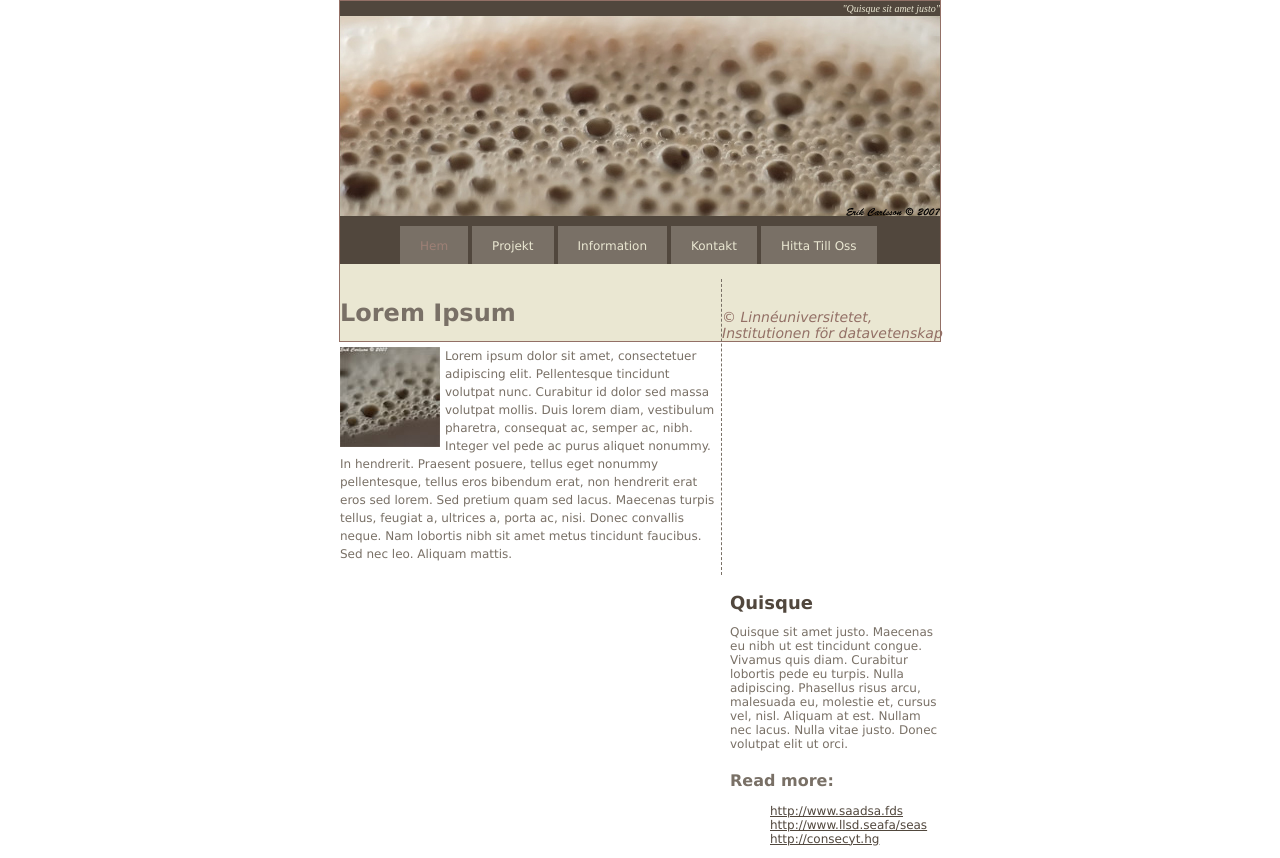
Repository: mh223ja/1ik415-js223mi-Uppgift-3-3
Page: index.html
The author's editor kept a record of every edit. The page is drawn from the files as they stood at one moment, then again after the next edit.
The browser window is 1280 px wide. The pictures show the whole page.

Above is the page before.

### index.html
<!doctype html>
<html lang="sv">

<head>
	<meta charset="utf-8" />
	<title>Lorem Ipsum</title>

	<link rel="stylesheet" href="css/basic.css" />
</head>

<body>

	<div id="container">
		<div id="topbar">
			"Quisque sit amet justo"
		</div>

		<div id="menu">

			<a href="#maincontent">Skip navigation</a>

			<ul>
				<li class="active"><a href="#">hem</a></li>
				<li><a href="#">projekt</a></li>
				<li><a href="#">information</a></li>
				<li><a href="#">kontakt</a></li>
				<li><a href="#">hitta till oss</a></li>
			</ul>
		</div>
		<div id="content">
			<div id="maincontent">
				<h1>Lorem Ipsum</h1>

				<img src="pics/info.jpg" alt="Bubblande kaffe" />
				<p>Lorem ipsum dolor sit amet, consectetuer adipiscing elit. Pellentesque tincidunt volutpat nunc. Curabitur id dolor sed massa volutpat mollis. Duis lorem diam, vestibulum pharetra, consequat ac, semper ac, nibh. Integer vel pede ac purus aliquet nonummy. In hendrerit. Praesent posuere, tellus eget nonummy pellentesque, tellus eros bibendum erat, non hendrerit erat eros sed lorem. Sed pretium quam sed lacus. Maecenas turpis tellus, feugiat a, ultrices a, porta ac, nisi. Donec convallis neque. Nam lobortis nibh sit amet metus tincidunt faucibus. Sed nec leo. Aliquam mattis.</p>
			</div>

			<div id="subcontent">

				<h1>Quisque</h1>
				<p>Quisque sit amet justo. Maecenas eu nibh ut est tincidunt congue. Vivamus quis diam. Curabitur lobortis pede eu turpis. Nulla adipiscing. Phasellus risus arcu, malesuada eu, molestie et, cursus vel, nisl. Aliquam at est. Nullam nec lacus. Nulla vitae justo. Donec volutpat elit ut orci.</p>

				<h2>Read more:</h2>
					<ul>
						<li><a href="#">http://www.saadsa.fds</a></li>
						<li><a href="#">http://www.llsd.seafa/seas</a></li>
						<li><a href="#">http://consecyt.hg</a></li>
					</ul>

			</div>
			<div id="bottomcontent">&copy; Linnéuniversitetet, Institutionen för datavetenskap</div>
		</div>
	</div>
</body>
</html>

### css/basic.css
/* Denna fil får du editera för att lösa uppgiften. Du får INTE ändra i html-filen. */
body {
	margin: 0;
	padding: 0;
	}


#container{
	width: 600px;
	margin: auto;
	border: 1px;
	border-style: solid;
	border-color: #937066;

}
#topbar{
	background-color: #51473d;
	text-align: right;
	color: #eae7d2;
	font-size: 10px;
	padding: 2px 0;
	font-style: italic;
	width: 100%;


}
#menu{
	background-image: url('pics/coffey.jpg');
	background-repeat: no-repeat;
	background-color: #51473d;
	height: 248px;
}
#content{
	background-color: #eae7d2;
	padding-top: 15px;
	font-family: Verdana, Times New Roman;
	font-size: 12px;
	color: #797066;
}
#maincontent{
	width: 63%;
	padding-right: 0.5%;
	border-right: dashed 1px;
	float: left;
	line-height: 1.5;
}

#subcontent{
	width: 35%;
	margin-left: 65%;
           padding-top: 5px;
           margin-right:0;
           float: right;
}
#maincontent img {
	float: left;
	margin-right: 5px;
}
#subcontent ul {
	list-style: none;


}
#subcontent h1 {
	font-size: 18px;
	color: #51473d;
}
#subcontent h2 {
	font-size: 16px;
	margin-top: 20px;
}
#subcontent p {
	font-size: 12px;
}
#subcontent a {
	color: #51473d;
}
#subcontent a:visited{
	color: #51473d;
}
#menu ul {
	display: inline-block;
	margin-top: 210px;
	margin-left: 20px;
}
#menu li {
	display: inline-block;
	background-color: #797066;
	padding: 10px 20px;
}
#menu a {
	color: #eae7d2;
	text-transform:  capitalize;
	text-decoration: none;
	font-size: 12px;
	font-family: Verdana;
	display: none;
}
#menu li:hover{
	background-color: #9c9084;
}
#menu li a {
	display: inline;
}
.active{
	background-color: #eae7d2;!important;

}
.active a{
	color: #9e8076 !important;

}
#bottomcontent{
	font-style : italic;
	width: 100%;
	margin-top: 30px;
	color: #937066;
	font-size: 14px;
	margin-left: 20px;
}

After the next edit:
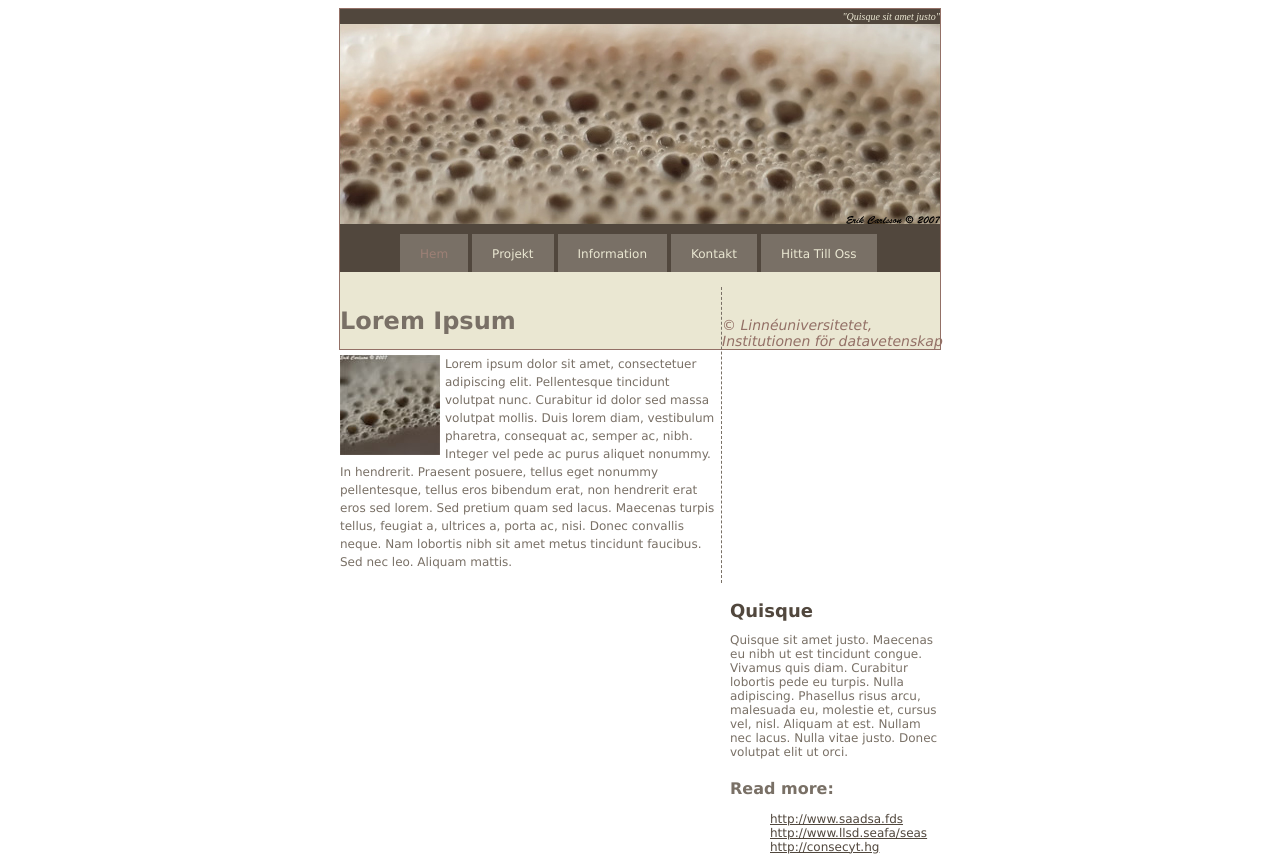
The edit:
--- a/css/basic.css
+++ b/css/basic.css
@@ -1,8 +1,5 @@
 /* Denna fil får du editera för att lösa uppgiften. Du får INTE ändra i html-filen. */
-body {
-	margin: 0;
-	padding: 0;
-	}
+
 
 
 #container{
